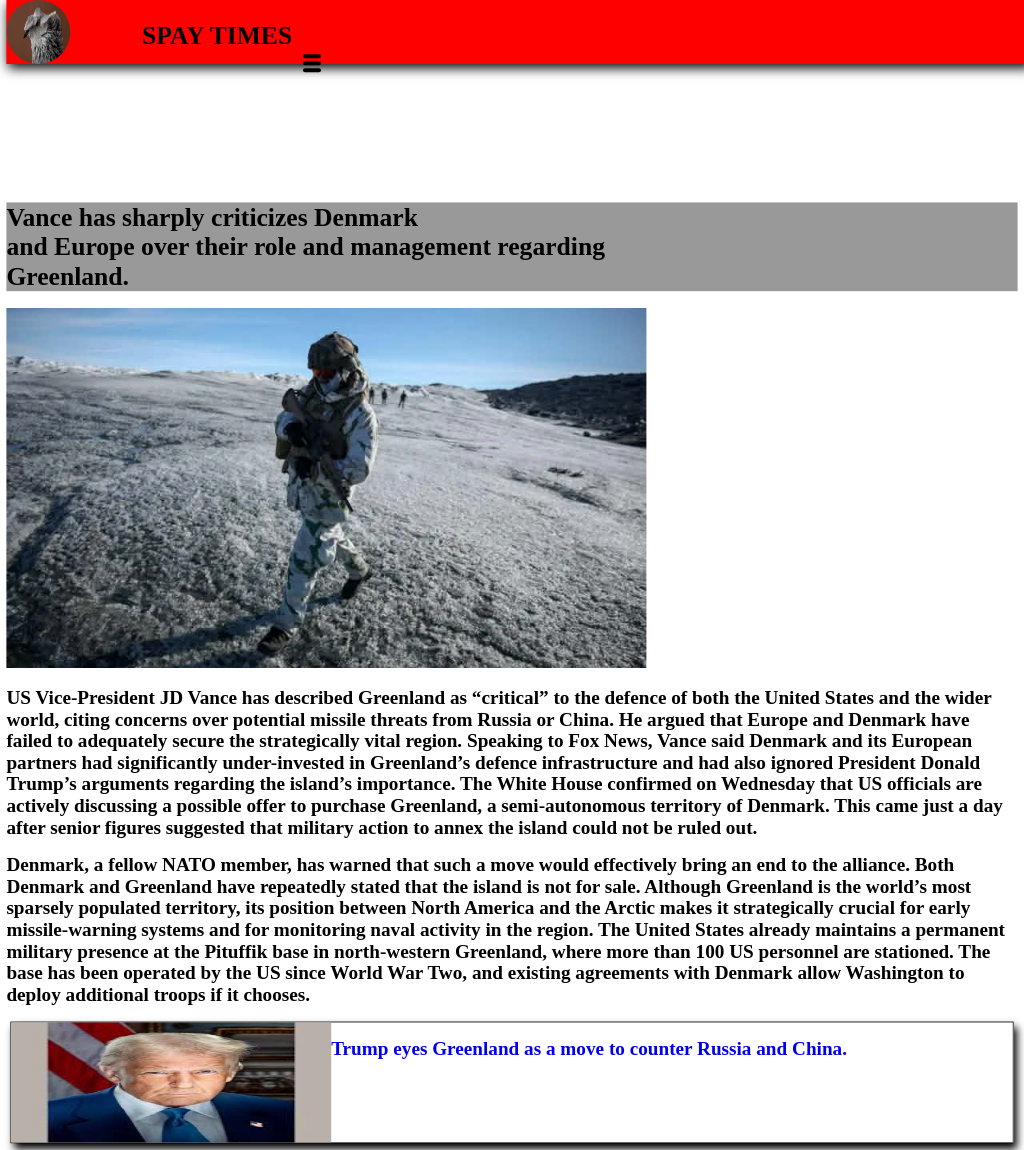
Repository: ridhukhan/spytimes
Page: /
The author's editor kept a copy of each file at every save. The page is drawn from the files as they stood at one save, then again after the next save.
The browser window is 1280 px wide. The pictures show the whole page, at 80% of full size.
The project was rebuilt for these pictures with package versions that can differ from the ones it lists, and the page was loaded fresh each time. Also part of the build but not shown: vite.config.js, src/components/policy/PrivecyPolicy.jsx, src/components/policy/Terms.jsx, src/components/trending/TrendingDetails.jsx, src/pages/heath/Dieabeties.jsx, src/pages/heath/Health.jsx, src/pages/heath/Allergy.jsx, src/pages/heath/WeightLose.jsx.

Above is the page before, as saved 2026-01-15 09:17:13.

### index.html
<!doctype html>
<html lang="en">
  <head>
    <meta charset="UTF-8" />
    <link rel="icon" type="image/svg+xml" href="/vite.svg" />
    <meta name="6a97888e-site-verification" content="945cf2ffcb6885b11db89e632c2e0750">
    <meta name="viewport" content="width=device-width, initial-scale=1.0" />
    <title>spytimes</title>
  </head>
  <body>
       <div id="root"></div>
    <script type="module" src="/src/main.jsx"></script>
  </body>
</html>

### src/main.jsx
import {BrowserRouter} from "react-router-dom"

import { createRoot } from 'react-dom/client'
import './index.css'
import App from './App.jsx'
import { StrictMode } from "react"
createRoot(document.getElementById('root')).render(

    <BrowserRouter>
    <App />
    </BrowserRouter>

 ,
)

### src/index.css
@media screen and (max-width:414px){
  *{
    width: 100%;
    padding:0;
margin: 0;
  }

  body{
width: 100%;
background-color: white;
color: black;
  }
}

### src/App.jsx
import { Route, Routes } from "react-router-dom"
import Navbar from "./nav/Navbar"
import Home from "./pages/home/Home"
import PrivecyPolicy from "./components/policy/PrivecyPolicy"
import Terms from "./components/policy/Terms"
import TrendingDetails from "./components/trending/TrendingDetails"
import Dieabeties from "./pages/heath/Dieabeties"
import Health from "./pages/heath/Health"
import Allergy from "./pages/heath/Allergy"
import WeightLose from "./pages/heath/WeightLose"

function App() {

  return (
    <div>

   <Navbar/>

   <Routes>
    <Route path="/" element={<Home/>}/>
    <Route  path="/privecypolicy" element={<PrivecyPolicy/>}/>
    <Route  path="/Terms" element={<Terms/>}/>
    <Route  path="/Trendingdetails" element={<TrendingDetails/>}/>
    <Route path="/blood-sugar-natural-tips" element={<Dieabeties/>}/>
<Route path="/health" element={<Health/>}/>
<Route path="/allergy" element={<Allergy/>}/>
<Route path="/weightlose" element={<WeightLose/>}/>


   </Routes>
    </div>
  )
}

export default App

### src/nav/Navbar.jsx
import React from 'react'
import "./Navbar.css"
import { ImCross } from "react-icons/im";
import { TiThMenu } from "react-icons/ti";
import logo from "../assets/download.jpeg"
import { useState } from 'react';
import { Link} from 'react-router-dom';
const Navbar = () => {
    const [openmenu,setOpenmenu]=useState(false)
  return (
    <div style={{position:"fixed",backgroundColor:"red",display:"flex",
    width:"100%", height:"80px", top:"0", zIndex:"1000", boxShadow:"2px 5px 14px black"}}>
<img src={logo} alt="logo" style={{width:"80px", height:"80px", borderRadius:"100%"}}/>
<h1 style={{marginTop:"2%", marginLeft:"7%",}}>SPAY TIMES</h1>
<TiThMenu  onClick={()=>setOpenmenu(!openmenu)}  style={{width:"50px",height:"30px", marginTop:"5%", }}/>

   {openmenu? <div style={{display:"grid",position:"absolute",width:"90%",background:"black", height:"600px", zIndex:"999", marginTop:"10%", borderRadius:"19px", right:"0"}}>
<ImCross onClick={()=>setOpenmenu(null)} style={{ color:"red", left:"0", justifyContent:"flex-start", width:"50px", height:"30px"}}/>

  <ul>


    <Link to={"/"}><li>Home</li></Link>
    <li>USA</li>
    <li>UK</li>
    <li>ASIA</li>
    <Link to={"/health"}><li onClick={()=>setOpenmenu(null)}>Health</li></Link>
   <Link to={"/privecypolicy"}><li style={{color:"blue"}}>Privecy Policy</li></Link>
<Link to={"/Terms"}><li style={{color:"blue"}}>Terms &  condition</li></Link>

  </ul>










   </div>: null}
    </div>
  )
}


export default Navbar

### src/pages/home/Home.jsx
import React from 'react'
import home1 from "../../assets/home1.jpeg"
import Trending from '../../components/trending/Trending'
import AdBanner from '../../components/ads/AdsBanner'

const Home = () => {
  return (
    <div style={{marginTop:"20%"}}>
        <h1 style={{backgroundColor:"#999"}}>Vance has sharply criticizes Denmark <br /> and Europe over their role and management regarding <br /> Greenland.</h1>

        <img src={home1} alt="home1" />

       <h2>
        US Vice-President JD Vance has described Greenland as “critical” to the defence of both the United States and the wider world, citing concerns over potential missile threats from Russia or China. He argued that Europe and Denmark have failed to adequately secure the strategically vital region.

Speaking to Fox News, Vance said Denmark and its European partners had significantly under-invested in Greenland’s defence infrastructure and had also ignored President Donald Trump’s arguments regarding the island’s importance.

The White House confirmed on Wednesday that US officials are actively discussing a possible offer to purchase Greenland, a semi-autonomous territory of Denmark. This came just a day after senior figures suggested that military action to annex the island could not be ruled out.

</h2>

<h2>
Denmark, a fellow NATO member, has warned that such a move would effectively bring an end to the alliance. Both Denmark and Greenland have repeatedly stated that the island is not for sale.

Although Greenland is the world’s most sparsely populated territory, its position between North America and the Arctic makes it strategically crucial for early missile-warning systems and for monitoring naval activity in the region.

The United States already maintains a permanent military presence at the Pituffik base in north-western Greenland, where more than 100 US personnel are stationed. The base has been operated by the US since World War Two, and existing agreements with Denmark allow Washington to deploy additional troops if it chooses.
       </h2>
<Trending/>
<AdBanner/>
    </div>
  )
}

export default Home

### src/nav/Navbar.css
ul li{
text-align: center;
    color: aliceblue;
    border-bottom: 2px solid white;
    font-size: 40px;
    list-style: none;
    cursor: pointer;

}
ul li:hover{
    background-color: brown;
}
a{
    text-decoration: none;
}

### src/components/trending/Trending.jsx
import React from 'react'
import { Link } from 'react-router-dom'
import donaldtrump from "../../assets/donaldtrump.jpeg"
const Trending = () => {
  return (
    <div style={{display:"flex", marginTop:"5%", border:"1px solid black", margin:"5px", boxShadow:"4px 7px 10px black"}}>

<img src={donaldtrump} alt="donaldtrump" style={{width:"400px", height:"150px"}}/>
<Link to={"/Trendingdetails"}><h2>Trump eyes Greenland as a move to counter Russia and China.</h2></Link>
    </div>
  )
}

export default Trending

### src/components/ads/AdsBanner.jsx
import { useEffect } from "react";

const AdBanner = () => {
  useEffect(() => {
    // স্ক্রিপ্ট তৈরি করা
    const script = document.createElement("script");
    script.src = "https://a.magsrv.com/ad-provider.js";
    script.async = true;
    script.type = "application/javascript";
    document.body.appendChild(script);

    // স্ক্রিপ্ট লোড হয়ে গেলে AdProvider push করা
    script.onload = () => {
      window.AdProvider = window.AdProvider || [];
      window.AdProvider.push({ serve: {} });
    };

    // ক্লিনআপ
    return () => {
      document.body.removeChild(script);
    };
  }, []);

  return (
    <div>
      <ins className="eas6a97888e14" data-zoneid="5827854"></ins>
    </div>
  );
};

export default AdBanner;

After the next save:
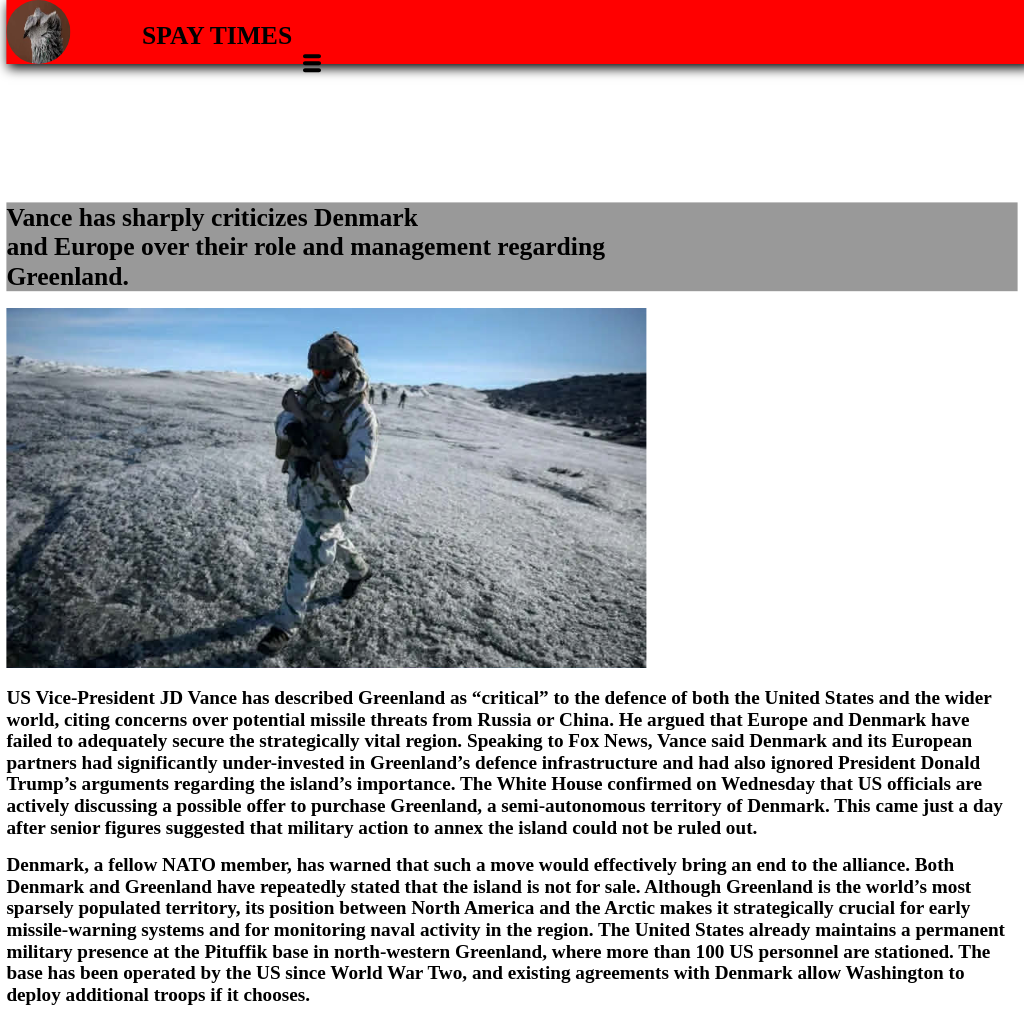
Saved 58 s later.
--- a/src/pages/home/Home.jsx
+++ b/src/pages/home/Home.jsx
@@ -26,8 +26,6 @@ Although Greenland is the world’s most sparsely populated territory, its posit
 
 The United States already maintains a permanent military presence at the Pituffik base in north-western Greenland, where more than 100 US personnel are stationed. The base has been operated by the US since World War Two, and existing agreements with Denmark allow Washington to deploy additional troops if it chooses.
        </h2>
-<Trending/>
-<AdBanner/>
     </div>
   )
 }
